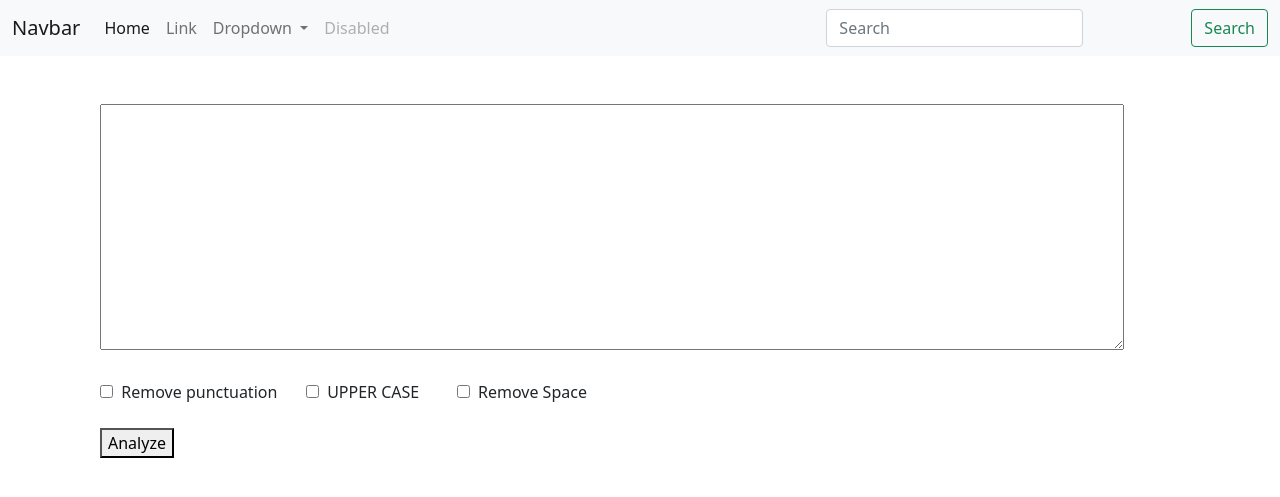
Repository: thenameisshreyank/Textutility
Page: http://localhost/
These files come from the project's save history. The page is drawn as it stood at one moment and after the next save; the edit follows.
The browser window is 1280 px wide. The pictures show the whole page.
The page is served by the project's application, run on Django 4.2 (manage.py). Other server files are loaded and not shown.

Above is the page before, as saved 2022-04-15 09:03:18.

### templates/index.html
<!DOCTYPE html>
<html lang="en">
<head>
    <meta charset="UTF-8">
    <meta http-equiv="X-UA-Compatible" content="IE=edge">
    <meta name="viewport" content="width=device-width, initial-scale=1.0">
    <!-- CSS only -->
<link href="https://cdn.jsdelivr.net/npm/bootstrap@5.1.3/dist/css/bootstrap.min.css" rel="stylesheet" integrity="sha384-1BmE4kWBq78iYhFldvKuhfTAU6auU8tT94WrHftjDbrCEXSU1oBoqyl2QvZ6jIW3" crossorigin="anonymous">
    <title>Document</title>
    <style>
      #text{
        margin-left: 100px;
        width: 80%;
        margin-right:100px;
      }
      #rf{
        margin-left: 100px;


      }
      button{
        margin-left: 100px;
      }

    </style>
</head>
<body>
    <nav class="navbar navbar-expand-lg navbar-light bg-light">
        <div class="container-fluid">
          <a class="navbar-brand" href="https://getbootstrap.com/">Navbar</a>
          <button class="navbar-toggler" type="button" data-bs-toggle="collapse" data-bs-target="#navbarSupportedContent" aria-controls="navbarSupportedContent" aria-expanded="false" aria-label="Toggle navigation">
            <span class="navbar-toggler-icon"></span>
          </button>
          <div class="collapse navbar-collapse" id="navbarSupportedContent">
            <ul class="navbar-nav me-auto mb-2 mb-lg-0">
              <li class="nav-item">
                <a class="nav-link active" aria-current="page" href="#">Home</a>
              </li>
              <li class="nav-item">
                <a class="nav-link" href="#">Link</a>
              </li>
              <li class="nav-item dropdown">
                <a class="nav-link dropdown-toggle" href="#" id="navbarDropdown" role="button" data-bs-toggle="dropdown" aria-expanded="false">
                  Dropdown
                </a>
                <ul class="dropdown-menu" aria-labelledby="navbarDropdown">
                  <li><a class="dropdown-item" href="#">Action</a></li>
                  <li><a class="dropdown-item" href="#">Another action</a></li>
                  <li><hr class="dropdown-divider"></li>
                  <li><a class="dropdown-item" href="#">Something else here</a></li>
                </ul>
              </li>
              <li class="nav-item">
                <a class="nav-link disabled">Disabled</a>
              </li>
            </ul>
            <form class="d-flex">
              <input class="form-control me-2" type="search" placeholder="Search" aria-label="Search">
              <button class="btn btn-outline-success" type="submit">Search</button>
            </form>
          </div>
        </div>
      </nav><br><br>
      <form action="analyze" method="get">
        <textarea name="text" id="text" cols="30" rows="10"></textarea><br><br>
        <input type="checkbox" id="rf" name="rf" value="true">&nbsp;&nbsp;Remove punctuation&nbsp;&nbsp;&emsp;
        <input type="checkbox" id="upper" name="upper" value="true">&nbsp;&nbsp;UPPER CASE&nbsp;&nbsp;&nbsp;&nbsp;&nbsp;&nbsp;&nbsp;&nbsp;
        <input type="checkbox" id="space" name="space" value="true">&nbsp;&nbsp;Remove Space&nbsp;&nbsp;
        <br><br><button type="submit" id="analyze">Analyze</button>
      </form>
</body>
</html>

### c1/views.py

from django.http import HttpResponse
from django.shortcuts import render

from django.http import HttpResponse
# Create your views here.

def nav(request):
    return render(request,"index.html")

def analyze(request):
    rawtext=request.GET.get('text')
    pun=request.GET.get('rf')
    uc=request.GET.get('upper')
    space=request.GET.get('space')
    answer=""
    ans1=""
    if pun=='true':
        punctuation='''!@#$%^&*()_;+<>?/~`'''
        for x in rawtext:
            if x not in punctuation:
             answer=answer+x
    else:
        answer=rawtext
    if uc=="true":
        # for ch in rawtext:
        answer=answer.upper()

    if space=="true":
        for ch in answer:
            if ch==" ":
                pass
            else:
                ans1=ans1+ch
        answer=ans1
    return render(request,'analyze.html',{'ans':answer})

### c/urls.py
"""c URL Configuration

The `urlpatterns` list routes URLs to views. For more information please see:
    https://docs.djangoproject.com/en/4.0/topics/http/urls/
Examples:
Function views
    1. Add an import:  from my_app import views
    2. Add a URL to urlpatterns:  path('', views.home, name='home')
Class-based views
    1. Add an import:  from other_app.views import Home
    2. Add a URL to urlpatterns:  path('', Home.as_view(), name='home')
Including another URLconf
    1. Import the include() function: from django.urls import include, path
    2. Add a URL to urlpatterns:  path('blog/', include('blog.urls'))
"""

from django.contrib import admin
from django.urls import include, path

urlpatterns = [
    path('admin/', admin.site.urls),
    path('',include('c1.urls')),
]

### c1/urls.py




from . import views
from django.urls import path


urlpatterns=[
    path('',views.nav),
    path('analyze/',views.analyze),
]

After the next save:
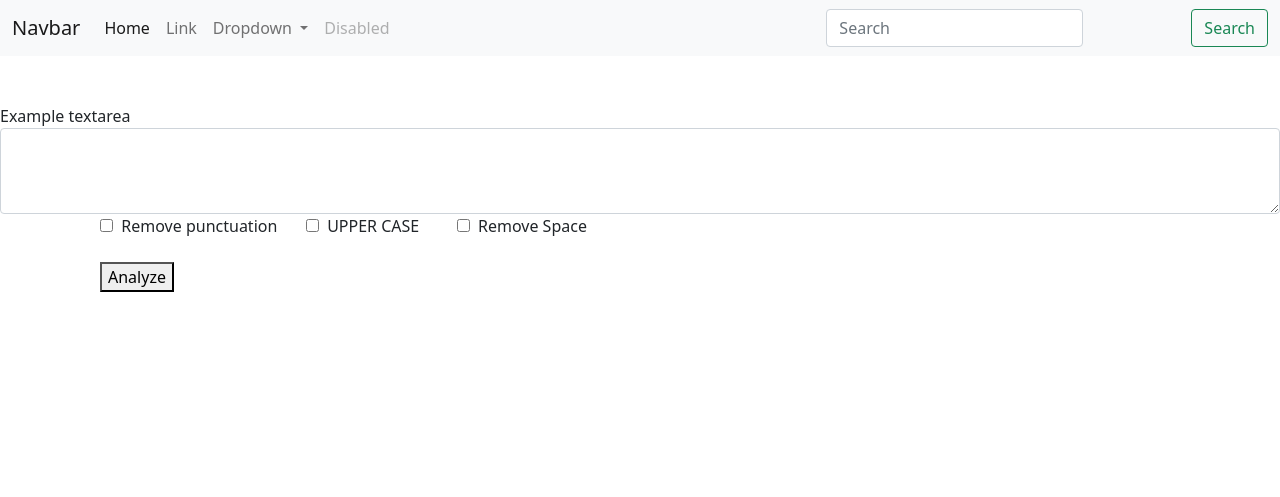
Saved 112 s later.
--- a/templates/index.html
+++ b/templates/index.html
@@ -62,7 +62,10 @@
         </div>
       </nav><br><br>
       <form action="analyze" method="get">
-        <textarea name="text" id="text" cols="30" rows="10"></textarea><br><br>
+        <div class="form-group">
+          <label for="exampleFormControlTextarea1">Example textarea</label>
+          <textarea class="form-control" id="textarea" rows="3"></textarea>
+        </div>
         <input type="checkbox" id="rf" name="rf" value="true">&nbsp;&nbsp;Remove punctuation&nbsp;&nbsp;&emsp;
         <input type="checkbox" id="upper" name="upper" value="true">&nbsp;&nbsp;UPPER CASE&nbsp;&nbsp;&nbsp;&nbsp;&nbsp;&nbsp;&nbsp;&nbsp;
         <input type="checkbox" id="space" name="space" value="true">&nbsp;&nbsp;Remove Space&nbsp;&nbsp;
